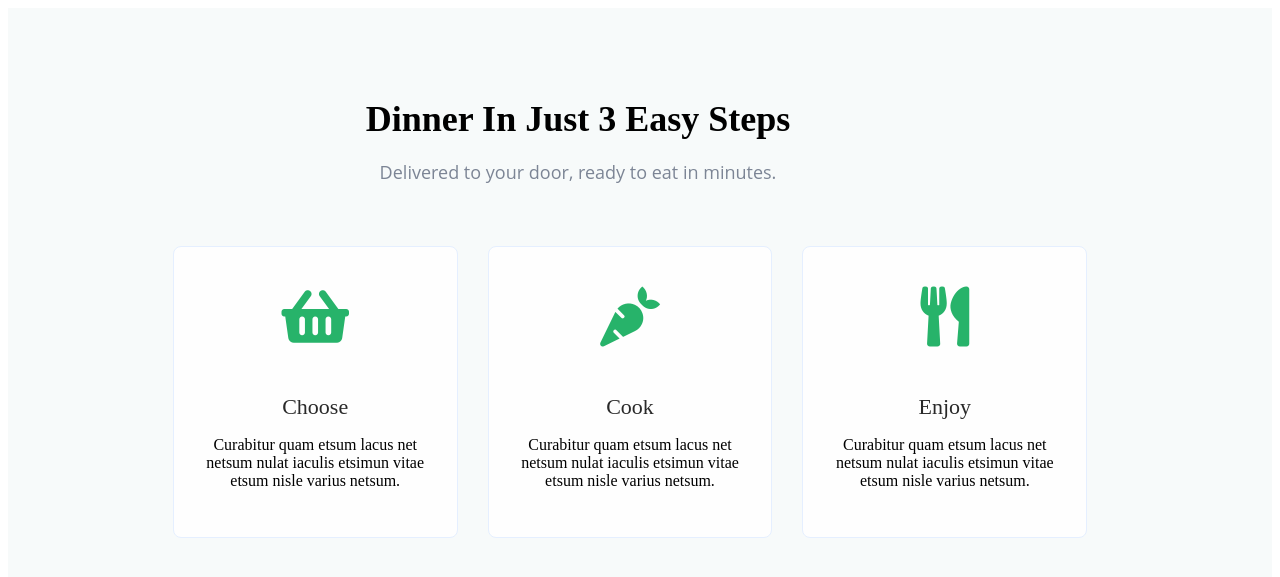
Repository: ST-United-Internship/leadpage
Page: card-UI.html
An editor plug-in stored every save of this project. The page is shown before and after the next save, followed by the edit.
The browser window is 1280 px wide. The pictures show the whole page.

Above is the page before, as saved 2023-03-15 15:27:11.

### card-UI.html
<!DOCTYPE html>
<html lang="en">
<head>
    <meta charset="UTF-8">
    <meta http-equiv="X-UA-Compatible" content="IE=edge">
    <meta name="viewport" content="width=device-width, initial-scale=1.0">
    <title>Document</title>
    <link rel="stylesheet" href="css/card-UI.css">
    <link rel="stylesheet" href="css/common.css">
    <link rel="stylesheet" href="https://use.fontawesome.com/releases/v5.15.4/css/all.css" integrity="sha384-DyZ88mC6Up2uqS4h/KRgHuoeGwBcD4Ng9SiP4dIRy0EXTlnuz47vAwmeGwVChigm" crossorigin="anonymous"/>
</head>
<body>
        <section>
            <!--begin title-->
            <div class="about">
                <div class="row-title">
                    <div class="title-text">
                        <h2>Dinner In Just 3 Easy Steps</h2>
                        <p>Delivered to your door, ready to eat in minutes.</p>
                    </div>
                </div>
            </div>
            <!--begin card-->
            <div class="card-UI">
                <div class="about">
                    <div class="columm">
                        <div class="title-card">
                            <i class="fas fa-shopping-basket"></i>
                            <h3>Choose</h3>
                            <p>Curabitur quam etsum lacus net netsum nulat iaculis etsimun vitae etsum nisle varius netsum.</p>
                        </div>
                        <div class="title-card">
                            <i class="fas fa-carrot"></i>
                            <h3>Cook</h3>
                            <p>Curabitur quam etsum lacus net netsum nulat iaculis etsimun vitae etsum nisle varius netsum.</p>
                        </div>
                        <div class="title-card">
                            <i class="fas fa-utensils"></i>
                            <h3>Enjoy</h3>
                            <p>Curabitur quam etsum lacus net netsum nulat iaculis etsimun vitae etsum nisle varius netsum.</p>
                        </div>
                    </div>
                </div>
            </div>
        </section>
</body>
</html>

### css/card-UI.css
section{
    background: #f7fafa;
    padding: 90px 0 100px 0;
}

.about{
    background-color: #f7fafa;
}

.row-title{
    /* text-align: center; */
}
 .title-text{
    text-align: center;
    /* margin-right: -15px;
    margin-left: -15px; */
}

.about .row-title .title-text h2{
    font-size: 36px;
    margin-bottom: 10px;
    margin-top: 0px;
}

.about .row-title .title-text p{
    font-size: 18px;
    line-height: 28px;
    font-weight: 400;
    color: #7c8595;
    margin-bottom: 15px;
    font-family: 'Open Sans', sans-serif;
}

.card-UI{
    position: relative;
}

.card-UI .about .columm{
    display: flex;
    justify-content: center;
}

.title-card{
    position: relative;
    margin: 45px 25px 5px 5px;
    padding: 40px 15px 32px 15px;
    overflow: hidden;
    text-align: center;
    border: 1px solid #e5efff;
    background-color: #fefefe;
    border-radius: 8px 8px;
    transition: all 1s;
    width: 20%;
    height: 50%;

}

.title-card:hover{
    border: 1px solid #27b36a;
    transform: scale(1.05, 1.05);
}

.columm::after, ::before{
    box-sizing: border-box;
}

.card-UI .about .columm .title-card i{
    margin-bottom: 25px;
    font-size: 60px;
    color: #27b36a;
}

.card-UI .about .columm .title-card h3{
    font-size: 22px;
    font-weight: 500;
    color: #292929;
    margin-bottom: 15px;
}

.card-UI .about .columm .title-card p{
    padding: 0 10px;
    margin-bottom: 15px
}


/* @media only screen and (max-width:1000px) {
    .title-card{
    max-width: 33.333333%;
    }
} */


@media (min-width:1200px) {
    .row-title{
    max-width: 1140px;
    }
}

### css/common.css
.container {
  max-width: 80%;
  margin: auto;
  border: 1px solid blue;
}
.card {
  width: 400px;
}
.space-vertical {
  padding: 20px 0;
}

.space-horizontal {
  padding: 0 20px;
}

*,
**,
*::before,
*::after {
  box-sizing: border-box;
}

After the next save:
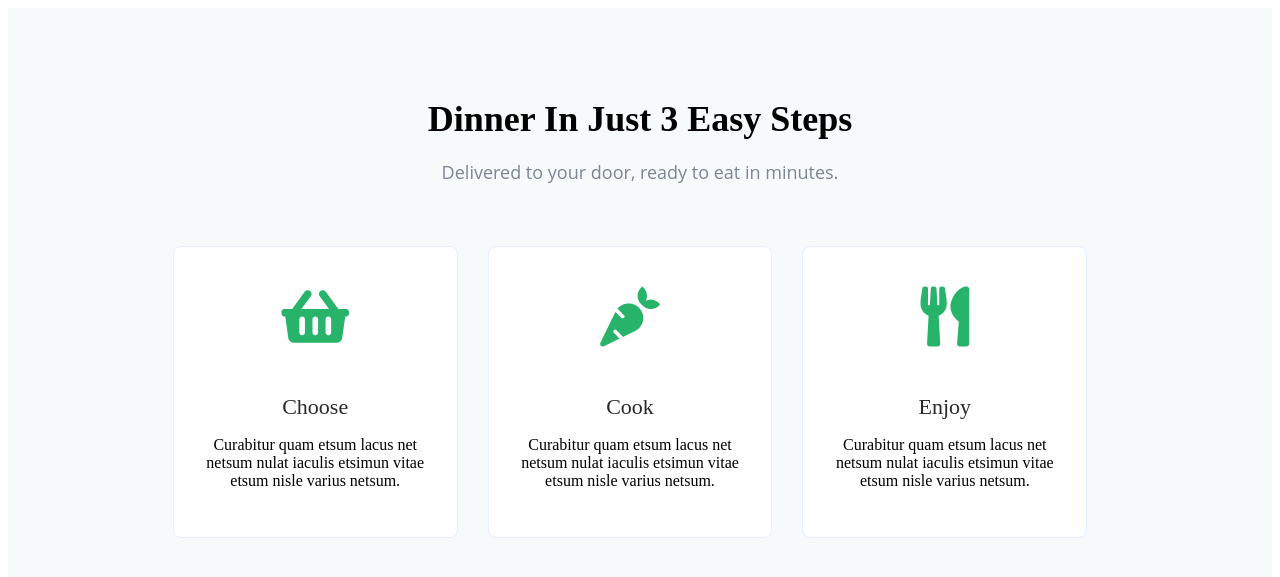
Saved 5 s later.
--- a/css/card-UI.css
+++ b/css/card-UI.css
@@ -90,8 +90,8 @@ section{
 } */
 
 
-@media (min-width:1200px) {
+/* @media (min-width:1200px) {
     .row-title{
     max-width: 1140px;
     }
-}
+} */
